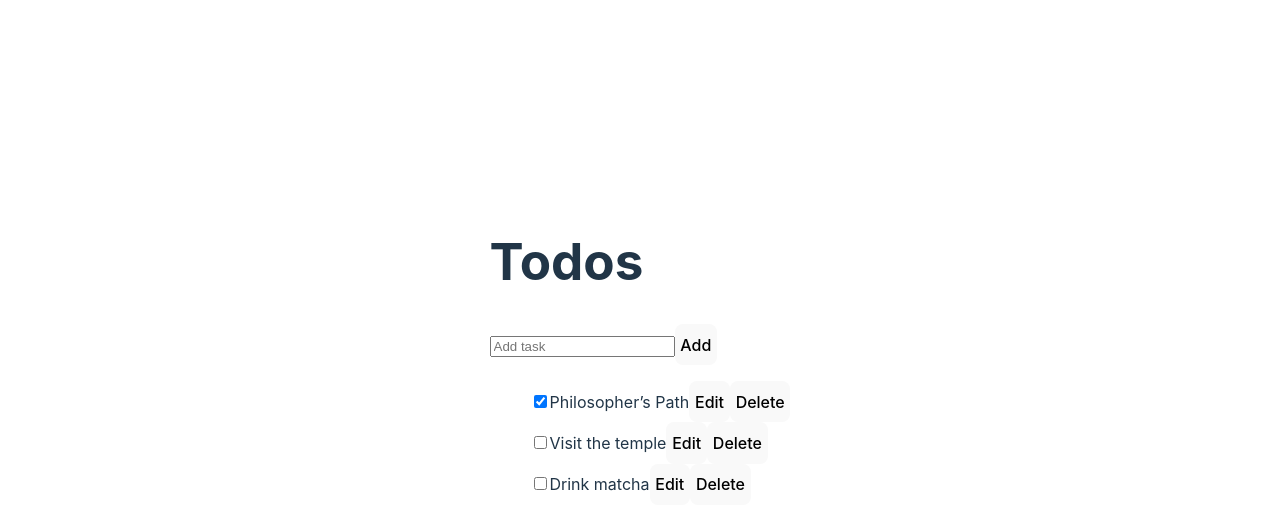
Repository: gitdumi/react-reducer
Page: /
These files come from the project's save history. The page is drawn as it stood at one moment and after a run of saves; the edit follows.
The browser window is 1280 px wide. The pictures show the whole page.
The project was rebuilt for these pictures with package versions that can differ from the ones it lists, and the page was loaded fresh each time. Also part of the build but not shown: vite.config.js.

Above is the page before, as saved 2023-03-16 14:30:39.

After the next 2 saves:
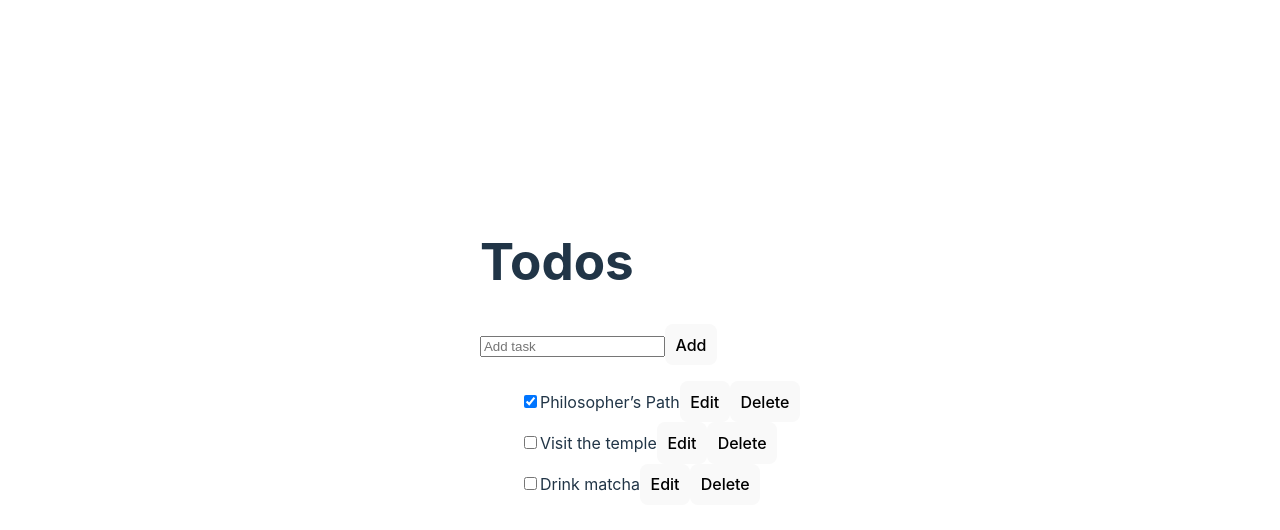
The 2 saves are shown as one change because they came seconds apart.
The last was saved 7 s later.
--- a/src/index.css
+++ b/src/index.css
@@ -39,7 +39,7 @@ h1 {
 button {
   border-radius: 8px;
   border: 1px solid transparent;
-  padding: 0.6em 0.3em;
+  padding: 0.6em;
   font-size: 1em;
   font-weight: 500;
   font-family: inherit;
